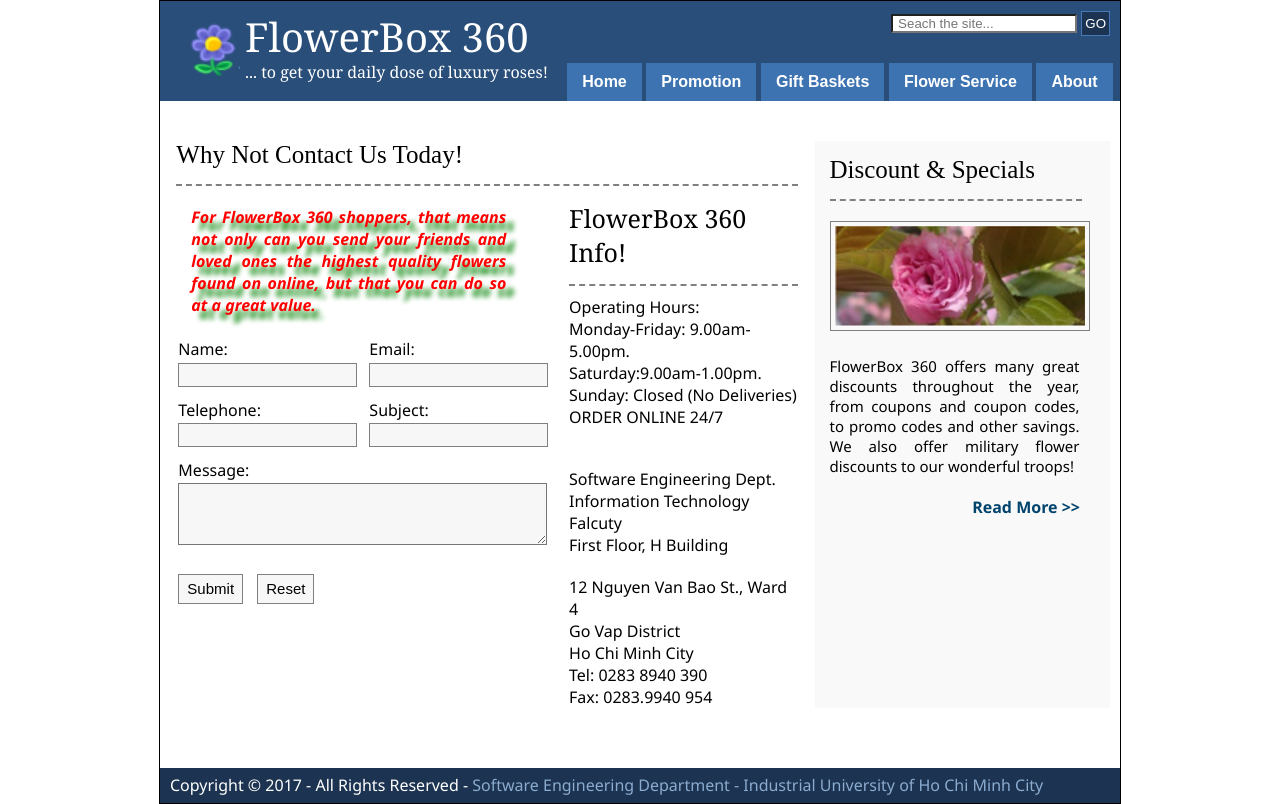
Repository: thu1365/BTKT_WEB
Page: HTML/btkt.html
These files come from the project's save history. The page is drawn as it stood at one moment and after the next save; the edit follows.
The browser window is 1280 px wide. The pictures show the whole page.

Above is the page before, as saved 2023-03-11 21:22:27.

### HTML/btkt.html
<!DOCTYPE html>
<html lang="en">

<head>
    <meta charset="UTF-8">
    <meta http-equiv="X-UA-Compatible" content="IE=edge">
    <meta name="viewport" content="width=device-width, initial-scale=1.0">
    <title>21025781-Lê Minh Thư</title>
    <style>
        * {
            padding: 0;
            margin: 0 auto;
        }

        .wrapper {
            width: 960px;
            background-color: #fff;
            border: 1px solid black;
        }

        header {
            position: relative;
            width: 960px;
            height: 100px;
            background-color: #294e79;
            font-family: Georgia, 'Times New Roman', Times, serif;
        }

        .logo {
            position: relative;
            left: 20px;
            top: 10px;
            width: 60px;
            height: 80px;
        }

        .name1 {
            font-size: 40px;
            color: #fff;
            position: absolute;
            left: 85px;
            top: 8px;
        }

        .name2 {
            color: #fff;
            position: absolute;
            left: 85px;
            top: 60px;
        }

        #search1 {
            background-color: #1c3451;
            border: 1px solid #4579b7;
            color: #fff;
            margin-right: 15px;
            height: 25px;
        }

        #search2 {
            background-color: #1c3451;
            border: 1px solid #4579b7;
            color: #fff;
            height: 25px;
            padding: 0 3px;
        }

        .search_form {
            position: absolute;
            top: 10px;
            right: 10px;
        }

        .nav {
            display: flex;
            width: 550px;
            position: absolute;
            bottom: 0px;
            right: 5px;
            font-family: Arial, Helvetica, sans-serif;
        }

        .nav_item {
            position: relative;
            padding: 10px 15px;
            background-color: #3d73b1;
        }

        .nav_item:hover {
            background-color: #8babd0;
        }

        .nav_item a {
            color: white;
            font-weight: bold;
            text-decoration: none;
        }

        .nav1 {
            display: none;
            position: absolute;
            top: 39px;
            left: 0px;
            width: 180px;
            height: 60px;
            background-color: #8babd0;
        }

        .nav2 {
            box-sizing: border-box;
            padding-left: 15px;
            line-height: 30px;
            height: 50%;
            border: 1px solid rgb(158, 196, 240);
            color: white;
        }

        .nav_item:hover .nav1 {
            display: block;
            background-color: #9bbbe0;
        }

        .nav2:hover {
            background-color: #edf6ff;
            cursor: pointer;
        }

        .container {
            font-family: 'Segoe UI', Tahoma, Geneva, Verdana, sans-serif;
            padding-bottom: 60px;
            width: 100%;
            display: flex;
        }

        .Left {
            display: flex;
            width: 70%;
            justify-content: space-between;
            flex-wrap: wrap;
        }

        .p1 {
            width: 55%;
        }

        .p2 {
            width: 35%;
        }

        .p3 {
            background-color: #f9f9f9;
            width: 30%;
            padding-left: 15px;
            margin-top: 40px;
            margin-right: 10px;
        }

        .Left1 {
            font-family: 'Times New Roman', Times, serif;
            width: 95%;
            padding: 40px 0px 15px 0px;
            font-size: 25px;
            border-bottom: 2px dashed gray;
        }

        .p1_1 {
            padding: 20px 30px 20px 15px;
            text-align: justify;
            color: red;
            font-style: italic;
            font-family: 'Segoe UI', Tahoma, Geneva, Verdana, sans-serif;
            text-shadow: 8px 8px 5px green;
        }

        table input {
            height: 22px;
            margin-right: 10px;
            margin-bottom: 10px;
            background-color: #f7f7f7;
            border: 1px solid gray;
        }

        table textarea {
            background-color: #f7f7f7;
        }

        .p1_sub {
            box-sizing: border-box;
            margin-top: 20px;
            height: 30px;
            font-size: 15px;
            padding: 0 8px;
            line-height: 28px;
            border: 1px solid gray;
        }

        .p2_1 {
            font-family: Georgia, 'Times New Roman', Times, serif;
            padding: 15px 0px 15px;
            width: 100%;
            font-size: 25px;
            border-bottom: 2px dashed gray;
        }

        .p2_2 {
            font-family: 'Segoe UI', Tahoma, Geneva, Verdana, sans-serif;
            padding: 10px 0 40px 0;
        }

        .p2_3 {
            font-family: 'Segoe UI', Tahoma, Geneva, Verdana, sans-serif;
        }

        .p2_4 {
            font-family: 'Segoe UI', Tahoma, Geneva, Verdana, sans-serif;
            padding-top: 20px;
        }

        .p3_1 {
            font-family: 'Times New Roman', Times, serif;
            padding: 15px 0px 15px;
            width: 90%;
            margin-right: 30px;
            font-size: 25px;
            border-bottom: 2px dashed gray;
        }

        .p3_anh {
            width: 250px;
            height: 100px;
            padding: 4px;
            margin: 20px 0;
            border: 1px solid gray;
        }

        .p3_2 {
            width: 250px;
            margin-right: 30px;
            float: left;
            text-align: justify;
            font-family: 'Segoe UI', Tahoma, Geneva, Verdana, sans-serif;
            font-size: 15px;
            display: block;
        }

        .p3_3 {
            color: #00436d;
            font-weight: bold;
            margin-right: 30px;
            float: right;
            padding-top: 20px;
            text-decoration: none;
        }

        footer {
            background-color: #1c3451;
            height: 35px;
        }

        #footer_1 {
            font-family: 'Segoe UI', Tahoma, Geneva, Verdana, sans-serif;
            padding-left: 10px;
            color: #8babd0;
            line-height: 35px;
        }

        #footer_1 .white {
            color: #fff;
        }
    </style>
</head>

<body>
    <div class="wrapper">
        <header>
            <img src="/IMAGE/AnhLogo.PNG" alt="" class="logo">
            <p class="name1">FlowerBox 360</p>
            <p class="name2">... to get your daily dose of luxury roses!</p>
            <form action="" class="search_form">
                <input type="text" name="" style="padding-left: 5px;
                background-color: #fff;" placeholder="Seach the site...">
                <input id="search2" type="button" value="GO">
            </form>
            <div class="nav">
                <div class="nav_item"><a href="">Home</a></div>
                <div class="nav_item"><a href="">Promotion</a></div>
                <div class="nav_item"><a href="">Gift Baskets</a></div>
                <div class="nav_item"><a href="">Flower Service</a>
                    <div class="nav1">
                        <div class="nav2"><b>Flower for Wedding</b></div>
                        <div class="nav2"><b>Flower for Conference</b></div>

                    </div>
                </div>
                <div class="nav_item"><a href="">About</a></div>
            </div>
        </header>
        <div class="container">
            <div class="Left">
                <p class="Left1">Why Not Contact Us Today!</p>
                <div class="p1">
                    <p class="p1_1"><b>For FlowerBox 360 shoppers, that means not only can you send your friends and loved ones the highest quality flowers found on online, but that you can do so at a great value.</b></p>
                    <form action="" class="c1_form">
                        <table>
                            <tr>
                                <td><label for="name_ip">Name:</label></td>
                                <td><label for="mail_ip">Email:</label></td>
                            </tr>
                            <tr>
                                <td><input type="text" name="" id="name_ip"></td>
                                <td><input type="email" name="" id="mail_ip"></td>
                            </tr>
                            <tr>
                                <td><label for="tel_ip">Telephone:</label></td>
                                <td><label for="sub_ip">Subject:</label></td>
                            </tr>
                            <tr>
                                <td><input type="tel" name="" id="tel_ip"></td>
                                <td><input type="text" name="" id="sub_ip"></td>
                            </tr>
                            <tr>
                                <td colspan="2"><label for="mess_ip">Message:</label></td>
                            </tr>
                            <tr>
                                <td colspan="2"> <textarea name="" id="mess_ip" cols="44" rows="4"></textarea></td>
                            </tr>
                            <tr>
                                <tr>
                                    <td><input class="p1_sub" type="button" value="Submit"> <input class="p1_sub" type="button" value="Reset"></td>
                                </tr>
                            </tr>
                        </table>

                    </form>
                </div>
                <div class="p2">
                    <p class="p2_1">FlowerBox 360 Info!</p>
                    <p class="p2_2">Operating Hours: <br> Monday-Friday: 9.00am-5.00pm.<br> Saturday:9.00am-1.00pm.
                        <br> Sunday: Closed (No Deliveries)<br> ORDER ONLINE 24/7
                    </p>
                    <p class="p2_3">
                        Software Engineering Dept. <br> Information Technology Falcuty<br> First Floor, H Building
                    </p>
                    <p class="p2_4">
                        12 Nguyen Van Bao St., Ward 4<br> Go Vap District<br> Ho Chi Minh City<br> Tel: 0283 8940 390<br> Fax: 0283.9940 954
                    </p>


                </div>
            </div>
            <div class="p3">
                <p class="p3_1">Discount & Specials</p>
                <img src="/IMAGE/Hoa.jpg" alt="" class="p3_anh">
                <p class="p3_2">FlowerBox 360 offers many great discounts throughout the year, from coupons and coupon codes, to promo codes and other savings. We also offer military flower discounts to our wonderful troops!</p>
                <a class="p3_3" href="">Read More >></a>
            </div>
        </div>
        <footer>
            <p id="footer_1"><span class="white">Copyright © 2017 - All Rights Reserved -</span> Software Engineering Department - Industrial University of Ho Chi Minh City</p>
        </footer>
    </div>
</body>

</html>

After the next save:
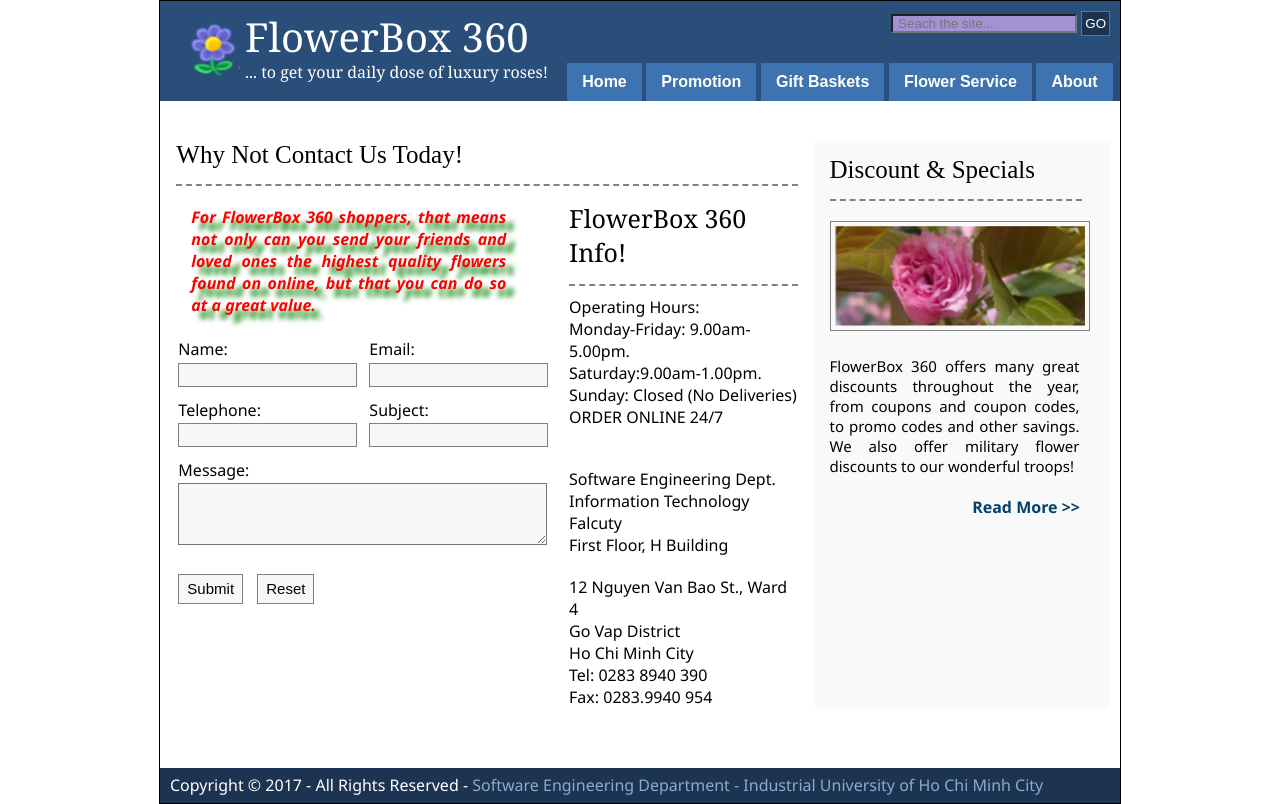
Saved 8 s later.
--- a/HTML/btkt.html
+++ b/HTML/btkt.html
@@ -278,7 +278,7 @@
             <p class="name2">... to get your daily dose of luxury roses!</p>
             <form action="" class="search_form">
                 <input type="text" name="" style="padding-left: 5px;
-                background-color: #fff;" placeholder="Seach the site...">
+                background-color: #a392d3;" placeholder="Seach the site...">
                 <input id="search2" type="button" value="GO">
             </form>
             <div class="nav">
